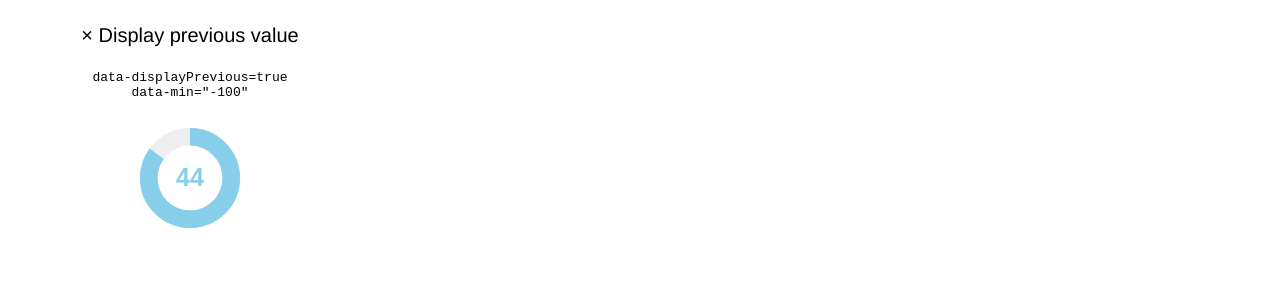
Repository: JoseMateoPosso/colgate
Page: wp-content/themes/colgatetheme/assets/js/jQuery-Knob-master/index.html
These files come from the project's save history. The page is drawn as it stood at one moment and after the next save; the edit follows.
The browser window is 1280 px wide. The pictures show the whole page.
Some web libraries are served in a nearby version.

Above is the page before, as saved 2019-10-02 18:33:00.

### wp-content/themes/colgatetheme/assets/js/jQuery-Knob-master/index.html
<!DOCTYPE html>
<html>
    <head>
        <title>jQuery Knob demo</title>
        <script src="http://ajax.googleapis.com/ajax/libs/jquery/1.9.0/jquery.min.js"></script>
        <!--[if IE]><script type="text/javascript" src="excanvas.js"></script><![endif]-->
        <script src="dist/jquery.knob.min.js"></script>
        <script>
            $(function($) {

                $(".knob").knob({
                    'min':10,
                    'max':50,
                    'width':100,
                    'height':100,
                    'displayInput':true,
                    'release':function(v) {alert(v);}
                });
            });
        </script>
        <style>
            body{
              padding: 0;
              margin: 0px 50px;
              font-family: "Helvetica Neue", Helvetica, Arial, sans-serif;
              font-weight: 300;
              text-rendering: optimizelegibility;
            }
            p{font-size: 30px; line-height: 30px}
            div.demo{text-align: center; width: 280px; float: left}
            div.demo > p{font-size: 20px}
        </style>
    </head>
    <body>
        <div class="demo" >
            <p>&#215; Display previous value</p>
            <pre>
data-displayPrevious=true
data-min="-100"
            </pre>
            <input class="knob" data-width="200" data-min="-100" data-displayPrevious=true value="44">
        </div>

    </body>
</html>

Loaded but not shown: wp-content/themes/colgatetheme/assets/js/jQuery-Knob-master/dist/jquery.knob.min.js (library)

After the next save:
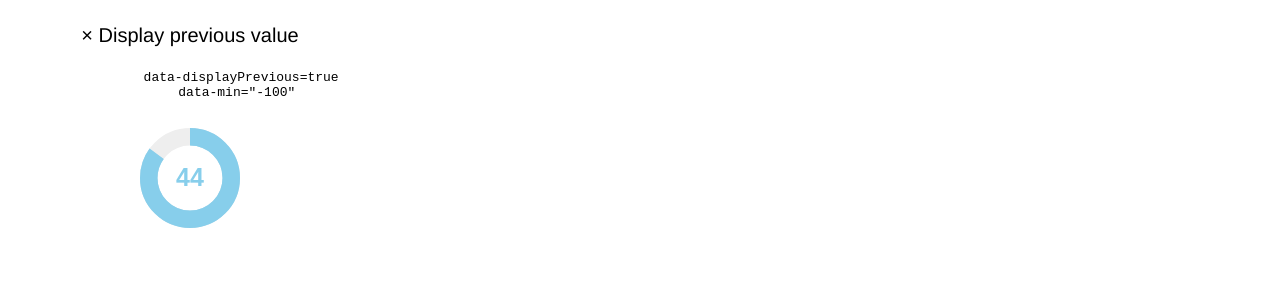
Saved 8 min 8 s later.
--- a/wp-content/themes/colgatetheme/assets/js/jQuery-Knob-master/index.html
+++ b/wp-content/themes/colgatetheme/assets/js/jQuery-Knob-master/index.html
@@ -35,8 +35,8 @@
         <div class="demo" >
             <p>&#215; Display previous value</p>
             <pre>
-data-displayPrevious=true
-data-min="-100"
+            data-displayPrevious=true
+            data-min="-100"
             </pre>
             <input class="knob" data-width="200" data-min="-100" data-displayPrevious=true value="44">
         </div>
